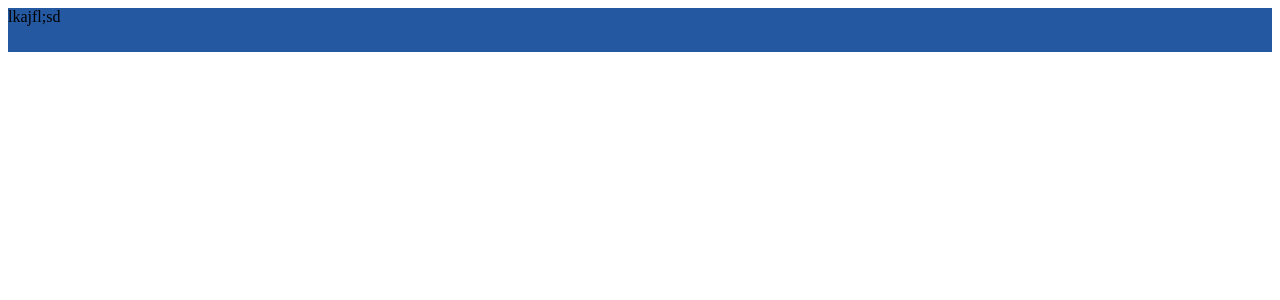
Repository: ZhaobaoJiang/workspace
Page: bbs/bbs/templates/index.html
An editor plug-in stored every save of this project. The page is shown before and after the next save, followed by the edit.
The browser window is 1280 px wide. The pictures show the whole page.

Above is the page before, as saved 2017-06-20 10:51:18.

### bbs/bbs/templates/index.html
<!DOCTYPE html>
<html>
<head>
<meta charset="UTF-8">
<title>Insert title here</title>
<link rel="stylesheet" type="text/css" href="/static/css/common.css">
</head>
<body>
    <div class="pg-header">
        lkajfl;sd
    </div>
    <div class="pg-body"></div>
    <div class="pg-footer"></div>
</body>
</html>

### bbs/bbs/static/css/common.css
@CHARSET "UTF-8";
.body{
	margin:0;
}
.pg-header {
	height:44px;
	background-color:#2459a2;
}

After the next save:
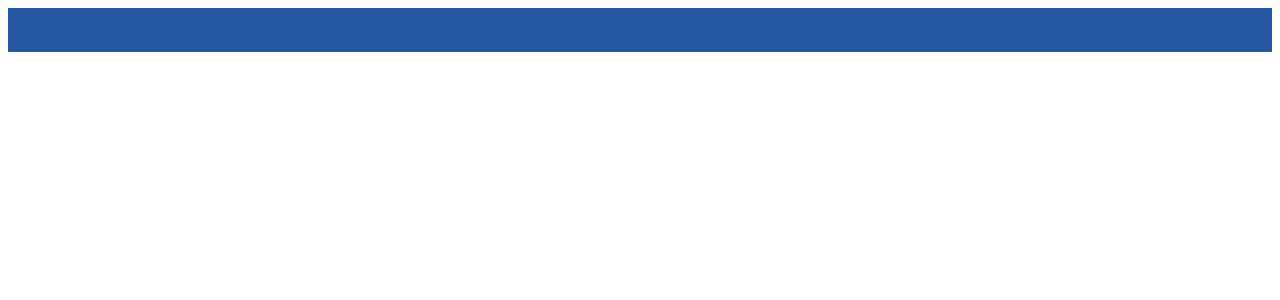
Saved 27 s later.
--- a/bbs/bbs/templates/index.html
+++ b/bbs/bbs/templates/index.html
@@ -7,7 +7,7 @@
 </head>
 <body>
     <div class="pg-header">
-        lkajfl;sd
+
     </div>
     <div class="pg-body"></div>
     <div class="pg-footer"></div>
